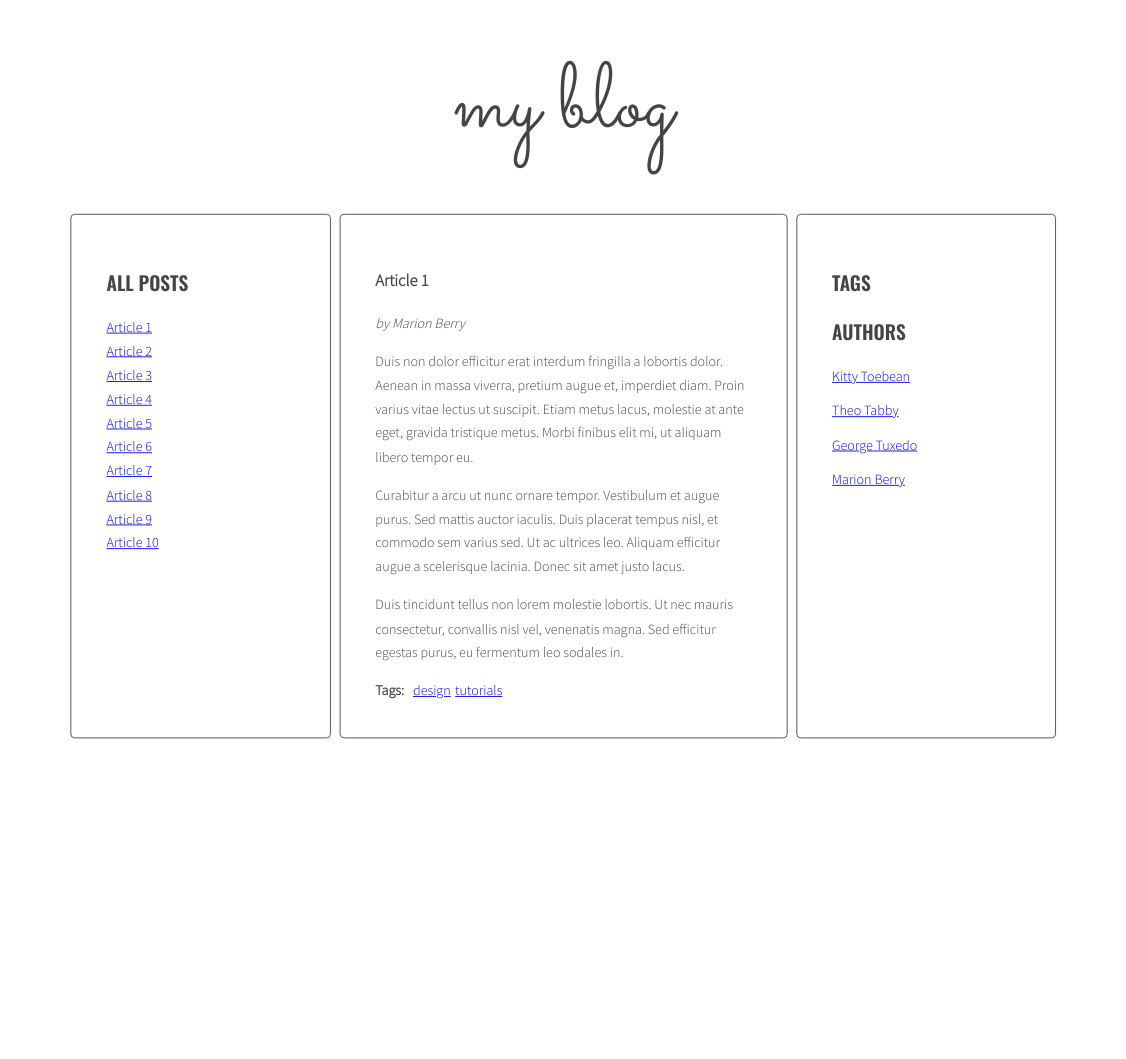
Repository: ulasup/javascript-blog
Page: index.html
An editor plug-in stored every save of this project. The page is shown before and after the next save, followed by the edit.
The browser window is 1280 px wide. The pictures show the whole page, at 88% of full size.
The style sheet was rebuilt from its Sass, Less or Tailwind sources for each picture, by a compiler version that may differ from the author's.

Above is the page before, as saved 2020-12-19 17:19:54.
Console error: ReferenceError: calculateTagsParams is not defined

After the next save:
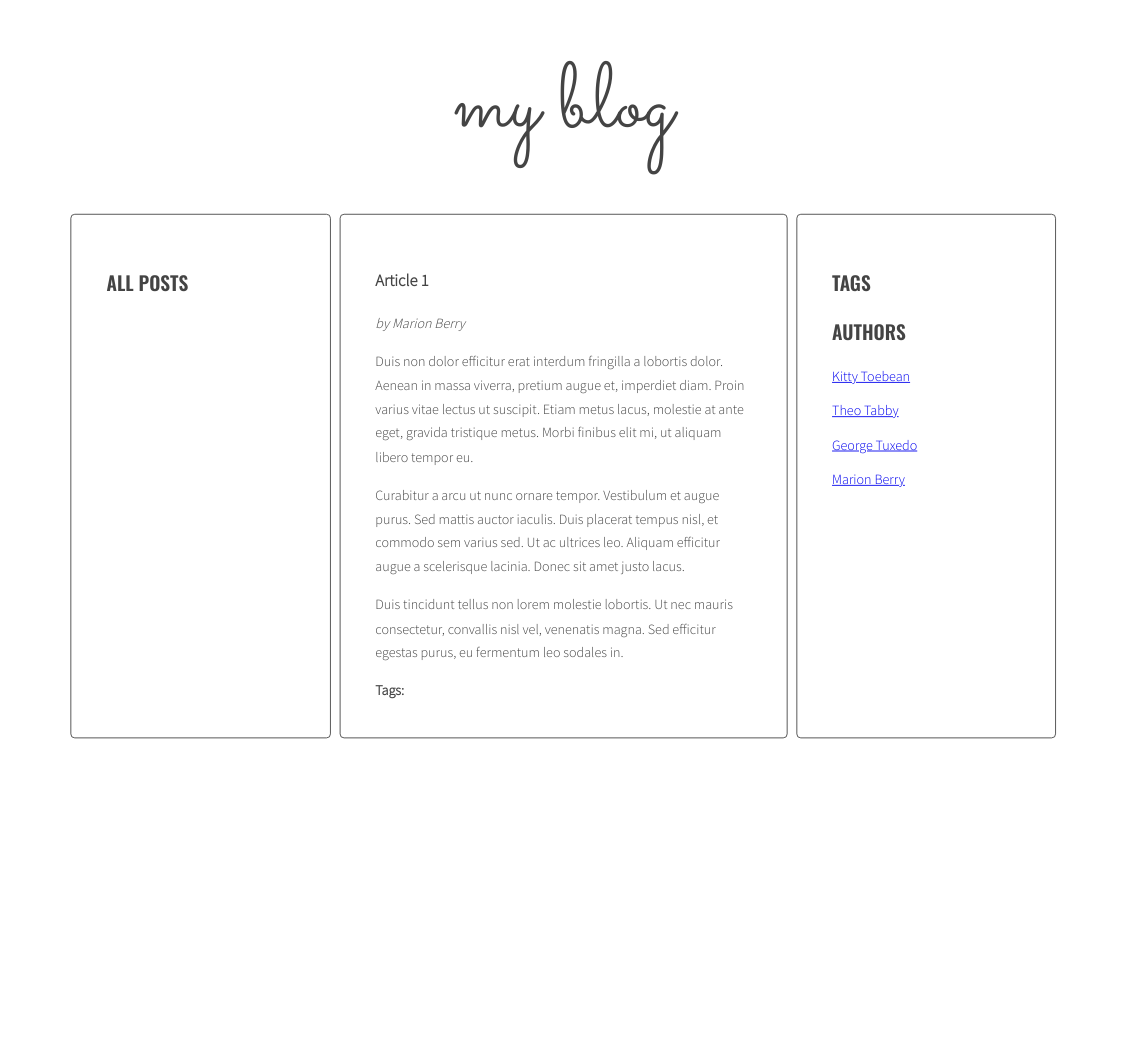
Console error: SyntaxError: Missing initializer in const declaration
Saved 17 min 43 s later.
--- a/js/script.js
+++ b/js/script.js
@@ -50,6 +50,16 @@ function generateTitleLinks(customSelector = ''){
 
 generateTitleLinks();
 
+function calculateTagsParams(tags){
+  const params {
+    max = 0,
+    min = 999999,
+  }
+  for(let tag in tags){
+    console.log(tag + ' is used ' + tags[tag] + ' times');
+  }
+  return params;
+}
 
 function generateTags(){
   let allTags = {};
